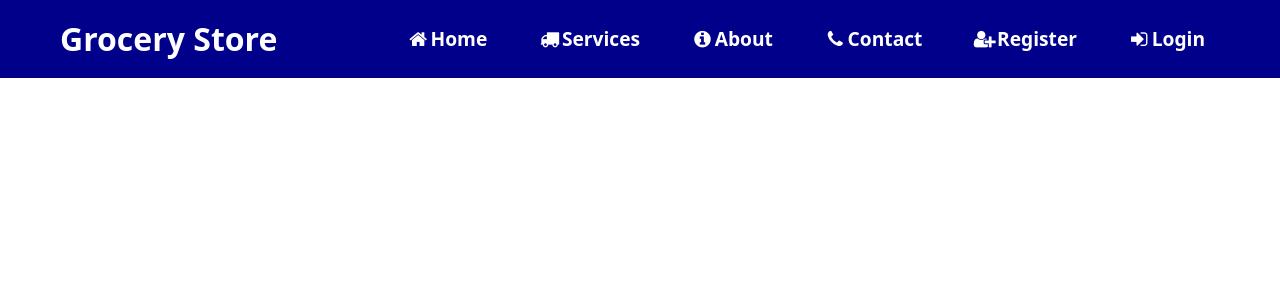
Repository: NagaMounikaY/GroceriesSubscriptionBookingManagement
Page: http://localhost/GroceriesSubBookingSystem/sellerHeader.jsp
These files come from the project's save history. The page is drawn as it stood at one moment and after the next save; the edit follows.
The browser window is 1280 px wide. The pictures show the whole page.
The page is served by Tomcat 9. Other server files are loaded and not shown.

Above is the page before, as saved 2024-09-12 04:00:54.

### GroceriesSubBookingSystem/src/main/webapp/sellerHeader.jsp
<%@ page language="java" contentType="text/html; charset=ISO-8859-1"
    pageEncoding="ISO-8859-1" isELIgnored="false"%>
<!DOCTYPE html PUBLIC "-//W3C//DTD HTML 4.01 Transitional//EN" "http://www.w3.org/TR/html4/loose.dtd">
<html>
<head>
<meta http-equiv="Content-Type" content="text/html; charset=ISO-8859-1">
<title>Courier Booking System</title>
<link href="https://stackpath.bootstrapcdn.com/bootstrap/5.3.0/css/bootstrap.min.css" rel="stylesheet">
<link rel="stylesheet" href="https://cdnjs.cloudflare.com/ajax/libs/font-awesome/4.7.0/css/font-awesome.min.css">
<style>
/* Header */
header {
    background: #00008B;
    color: #fff;
    padding: 15px 0;
    position: fixed;
    width: 100%;
    top: 0;
    left: 0;
    z-index: 1000;
}

header .container {
    display: flex;
    justify-content: space-between;
    align-items: center;
    max-width: 1200px;
    margin: 0 auto;
    padding: 0 20px;
}

header .logo {
    font-size: 2em; /* Increased size for the logo */
    font-weight: bold;
}

header nav ul {
    list-style: none;
    display: flex;
    margin: 0;
}

header nav ul li {
    margin-left: 20px;
}

header nav ul li a {
    color: #fff;
    text-decoration: none;
    padding: 10px 15px; /* Increased padding for better click area */
    font-size: 1.2em; /* Increased font size for navigation links */
    border-radius: 5px;
}

header nav ul li a:hover {
    background: #575757;
}
</style>
</head>
<body>
  <!-- Header -->
    <header>
        <div class="container">
            <div class="logo"><i class="fa fa-box"></i>Grocery Store</div>
            <nav>
                <ul>
                    <li><a href="${pageContext.request.contextPath}/home.jsp"><i class="fa fa-fw fa-home"></i><strong>Home</strong></a></li>
                    <li><a href=""><i class="fa fa-fw fa-truck"></i><strong>Services</strong></a></li>
                    <li><a href=""><i class="fa fa-fw fa-info-circle"></i><strong>About</strong></a></li>
                    <li><a href=""><i class="fa fa-fw fa-phone"></i><strong>Contact</strong></a></li>
                    <li><a href="${pageContext.request.contextPath}/users/register"><i class="fa fa-fw fa-user-plus"></i><strong>Register</strong></a></li>
                    <li><a href="${pageContext.request.contextPath}/users/login"><i class="fa fa-fw fa-sign-in"></i><strong>Login</strong></a></li>
                </ul>
            </nav>
        </div>
    </header>
</body>
</html>

After the next save:
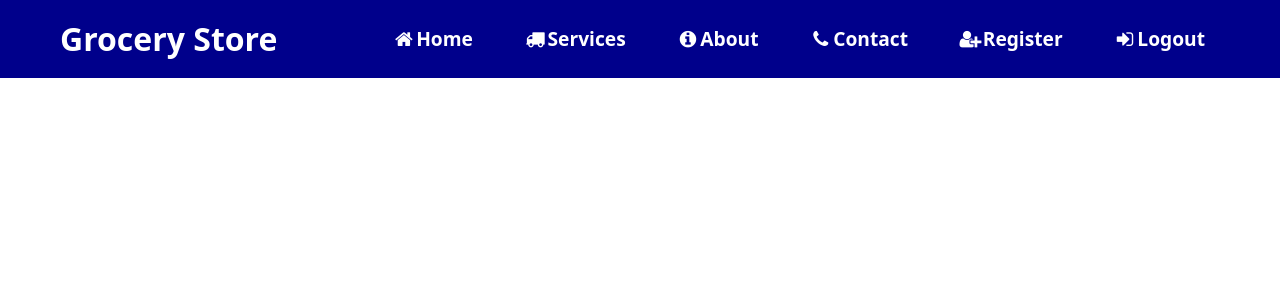
Saved 104 s later.
--- a/GroceriesSubBookingSystem/src/main/webapp/sellerHeader.jsp
+++ b/GroceriesSubBookingSystem/src/main/webapp/sellerHeader.jsp
@@ -69,7 +69,7 @@ header nav ul li a:hover {
                     <li><a href=""><i class="fa fa-fw fa-info-circle"></i><strong>About</strong></a></li>
                     <li><a href=""><i class="fa fa-fw fa-phone"></i><strong>Contact</strong></a></li>
                     <li><a href="${pageContext.request.contextPath}/users/register"><i class="fa fa-fw fa-user-plus"></i><strong>Register</strong></a></li>
-                    <li><a href="${pageContext.request.contextPath}/users/login"><i class="fa fa-fw fa-sign-in"></i><strong>Login</strong></a></li>
+                    <li><a href="${pageContext.request.contextPath}/users/login"><i class="fa fa-fw fa-sign-in"></i><strong>Logout</strong></a></li>
                 </ul>
             </nav>
         </div>
